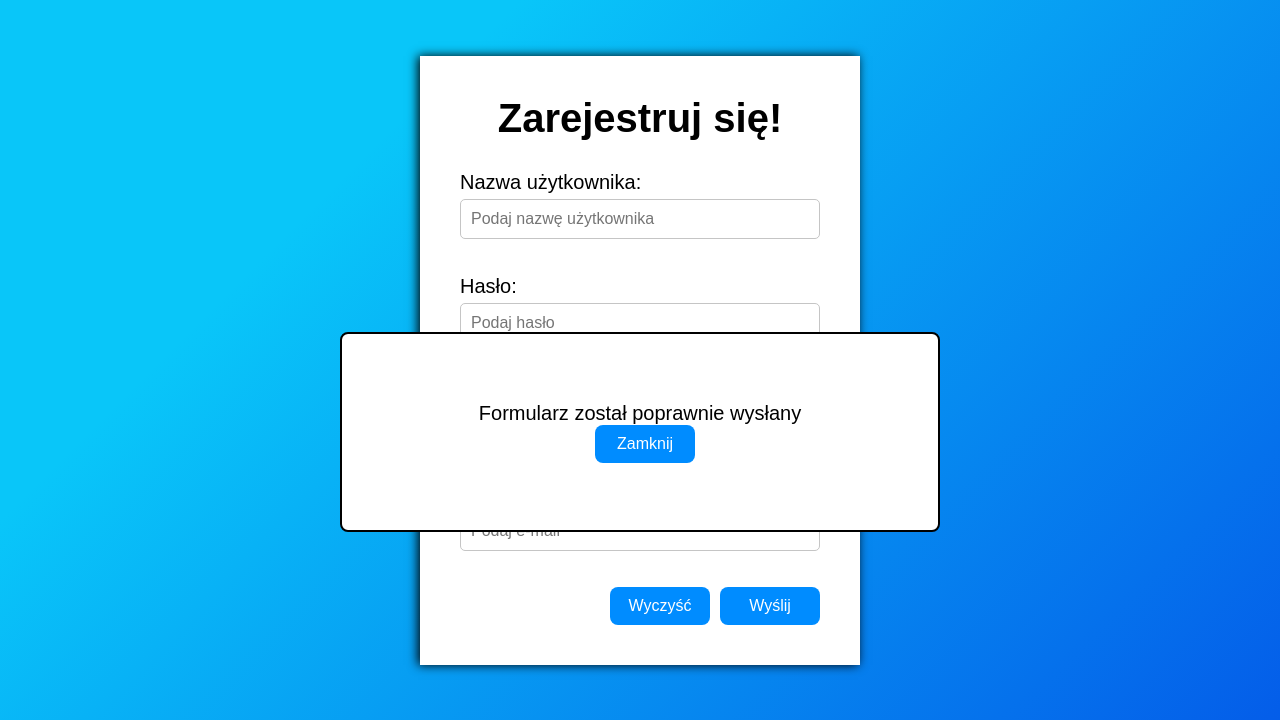
Repository: KrzysKolo/Projekt-3_Formularz-rejestracyjny
Page: index.html
The author's editor kept a copy of each file at every save. The page is drawn from the files as they stood at one save, then again after the next save.
The browser window is 1280 px wide. The pictures show the whole page.
Some web fonts or font styles are not loaded; a fallback is used.

Above is the page before, as saved 2020-07-04 03:46:20.

### index.html
<!DOCTYPE html>
<html lang="en">
  <head>
    <meta charset="UTF-8" />
    <meta name="viewport" content="width=device-width, initial-scale=1.0" />
    <title>Projekt 3 - Logowanie</title>
    <link
      href="https://fonts.googleapis.com/css2?family=Aldrich&family=Overpass+Mono:wght@300&display=swap"
      rel="stylesheet"
    />
    <link rel="stylesheet" href="./css/style.css" />
  </head>
  <body>
    <main class="wrapper">
      <form class="form">
        <h1>Zarejestruj się!</h1>
        <div class="form-box">
          <label for="username">Nazwa użytkownika: </label>
          <input
            type="text"
            id="username"
            placeholder="Podaj nazwę użytkownika"
          />
          <p class="error-text">error</p>
        </div>

        <div class="form-box">
          <label for="password">Hasło: </label>
          <input type="password" id="password" placeholder="Podaj hasło" />
          <p class="error-text">error</p>
        </div>

        <div class="form-box">
          <label for="password2">Nazwa użytkownika: </label>
          <input type="password" id="password2" placeholder="Powtórz hasło" />
          <p class="error-text">error</p>
        </div>

        <div class="form-box">
          <label for="email">Adres e-mail: </label>
          <input type="email" id="email" placeholder="Podaj e-mail" />
          <p class="error-text">error</p>
        </div>

        <div class="control-button">
          <button class="clear">Wyczyść</button>
          <button class="send">Wyślij</button>
        </div>

        <div class="popup">
          <p>Formularz został poprawnie wysłany</p>
          <button class="close">Zamknij</button>
        </div>
      </form>
    </main>
  </body>
</html>

### css/style.css
* {
  box-sizing: border-box;
  margin: 0;
  padding: 0;
}
body {
  display: flex;
  justify-content: center;
  align-items: center;
  min-height: 100vh;
  font-family: "Aldrich", sans-serif;
  background-image: linear-gradient(315deg, #045de9 0%, #09c6f9 74%);
}
.wrapper {
  width: 440px;
  background-color: #fff;
  box-shadow: -2px 0 10px #000;
}
.form {
  padding: 40px;
  font-size: 20px;
}
h1 {
  margin-bottom: 30px;
  text-align: center;
}
.form-box {
  margin-bottom: 15px;
}
.form-box label {
  display: inline-block;
  margin-bottom: 5px;
}
.form-box input {
  width: 100%;
  padding: 10px;
  font-size: 16px;
  border: 1px solid rgb(197, 197, 197);
  border-radius: 5px;
}
.form-box.error input {
  border: 1px solid rgb(0, 117, 250);
  background-color: 1px solid rgba(0, 117, 250, 0.1);
}
.form-box .error-text {
  margin: 5px 0 0 10px;
  font-size: 14px;
  color: 1px solid rgb(0, 117, 250);
  font-family: "Overpass Mono", monospace;
  visibility: hidden;
}
.form-box.error .error-text {
  visibility: visible;
}
.control-button {
  display: flex;
  flex-direction: row;
  justify-content: flex-end;
}
.send,
.clear,
.close {
  display: inline-block;
  padding: 10px 0;
  margin-left: 10px;
  width: 100px;
  font-size: 16px;
  background-color: rgb(0, 140, 255);
  color: #fff;
  border: none;
  border-radius: 8px;
  cursor: pointer;
  transition: background-color 0.3s;
}
.send:hover,
.clear:hover,
.close:hover {
  background-color: rgb(0, 107, 194);
}
.popup {
  display: flex;
  justify-content: center;
  align-items: center;
  flex-direction: column;
  position: absolute;
  top: 60%;
  left: 50%;
  transform: translate(-50%, -50%);
  width: 600px;
  height: 200px;
  background-color: #fff;
  border-radius: 8px;
  border: 2px solid black;
}

After the next save:
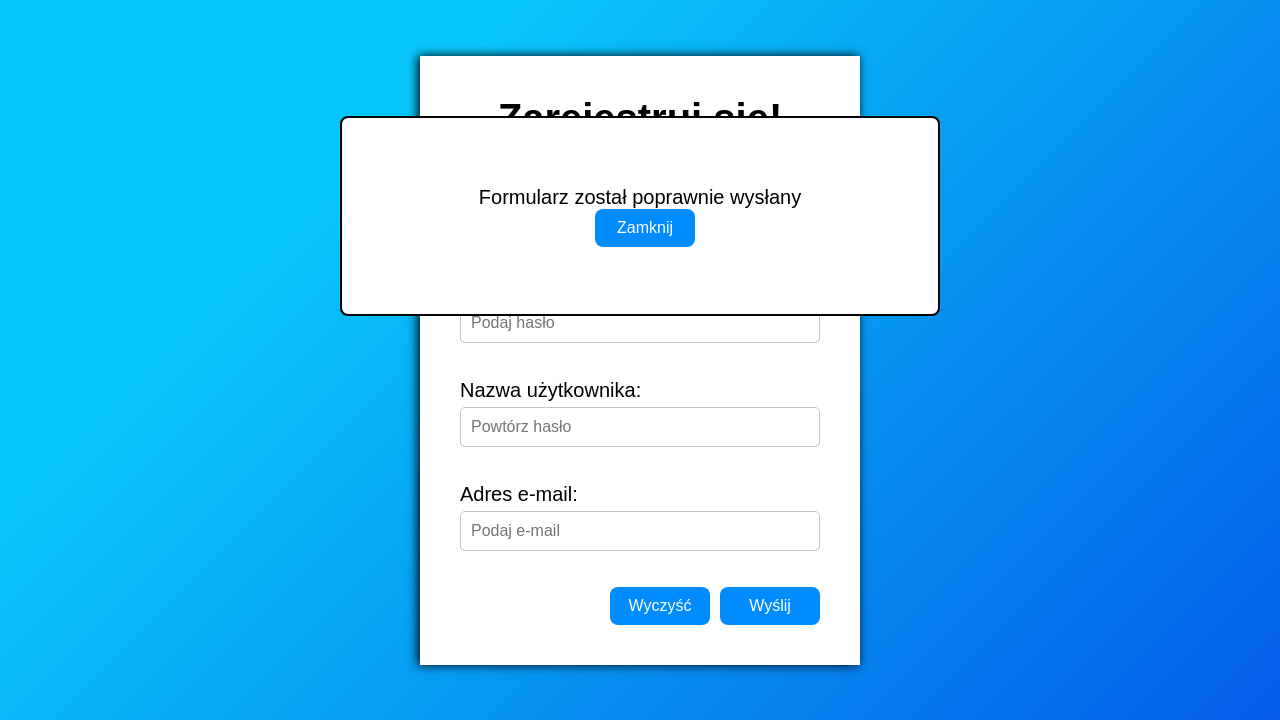
Saved 5 s later.
--- a/css/style.css
+++ b/css/style.css
@@ -83,7 +83,7 @@ h1 {
   align-items: center;
   flex-direction: column;
   position: absolute;
-  top: 60%;
+  top: 30%;
   left: 50%;
   transform: translate(-50%, -50%);
   width: 600px;
